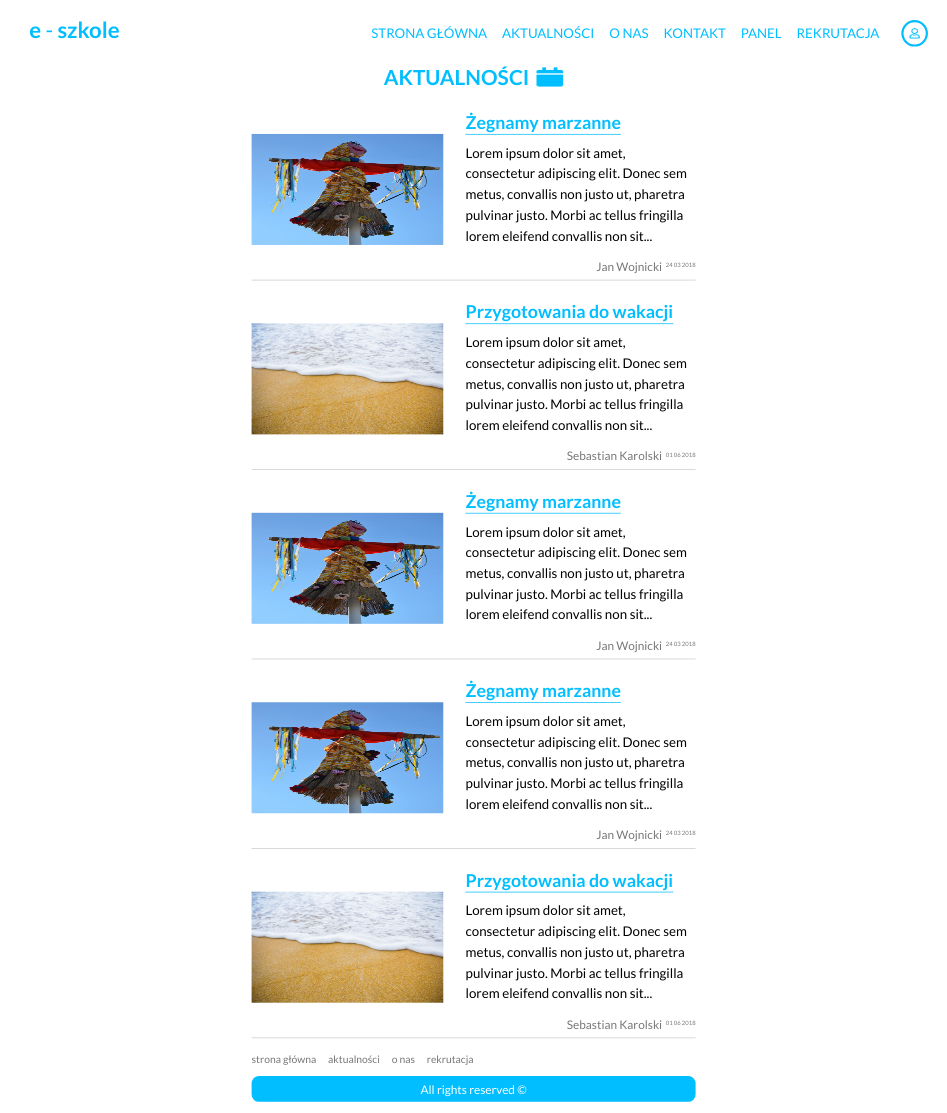
Repository: Votex874/e-szkole
Page: /blog (app in app/)
The author's editor kept a copy of each file at every save. The page is drawn from the files as they stood at one save, then again after the next save.
The browser window is 1280 px wide. The pictures show the whole page, at 74% of full size.
The project was rebuilt for these pictures with package versions that can differ from the ones it lists, and the page was loaded fresh each time. Also part of the build but not shown: app/src/components/News/Title/index.js, app/src/components/News/Content/index.js, app/src/components/News/Avatar/index.js, app/src/components/News/Footer/index.js, app/src/components/News/index.js, app/src/components/AboutUs/Content/index.js, app/src/components/AboutUs/index.js, app/src/components/Graduates/ListItem/index.js and 11 more.

Above is the page before, as saved 2019-03-05 19:45:41.

After the next save:
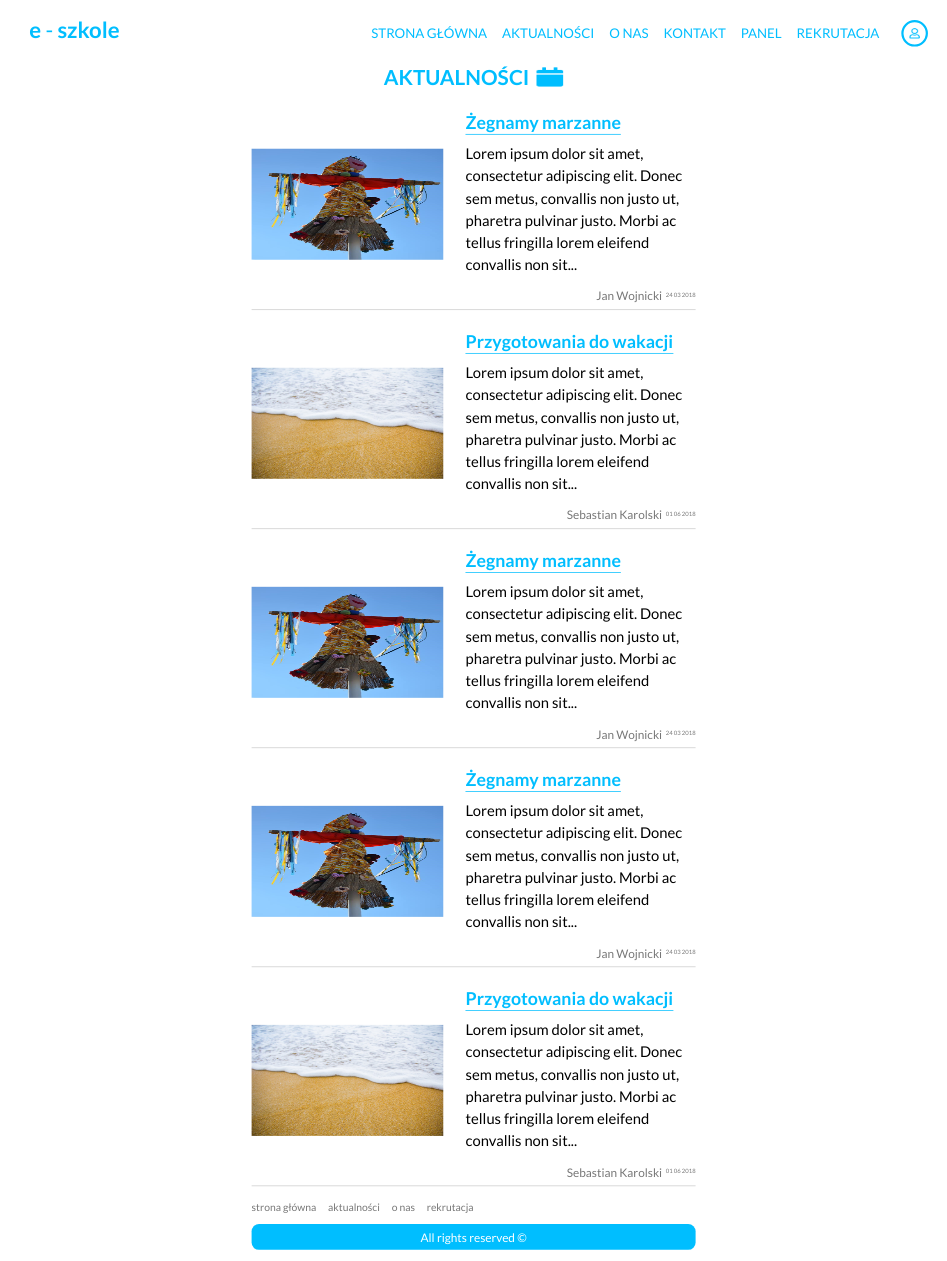
Saved 94 s later.
--- a/app/src/components/Blog/Post/Content/index.js
+++ b/app/src/components/Blog/Post/Content/index.js
@@ -2,8 +2,8 @@ import React from 'react'
 import styled from 'styled-components'
 
 const TextContainer = styled.p`
-  font-size: 18px;
-  line-height: 28px;
+  font-size: 20px;
+  line-height: 30px;
   @media (max-width: 767px){
     line-height: 24px;
     font-size: 16px;
